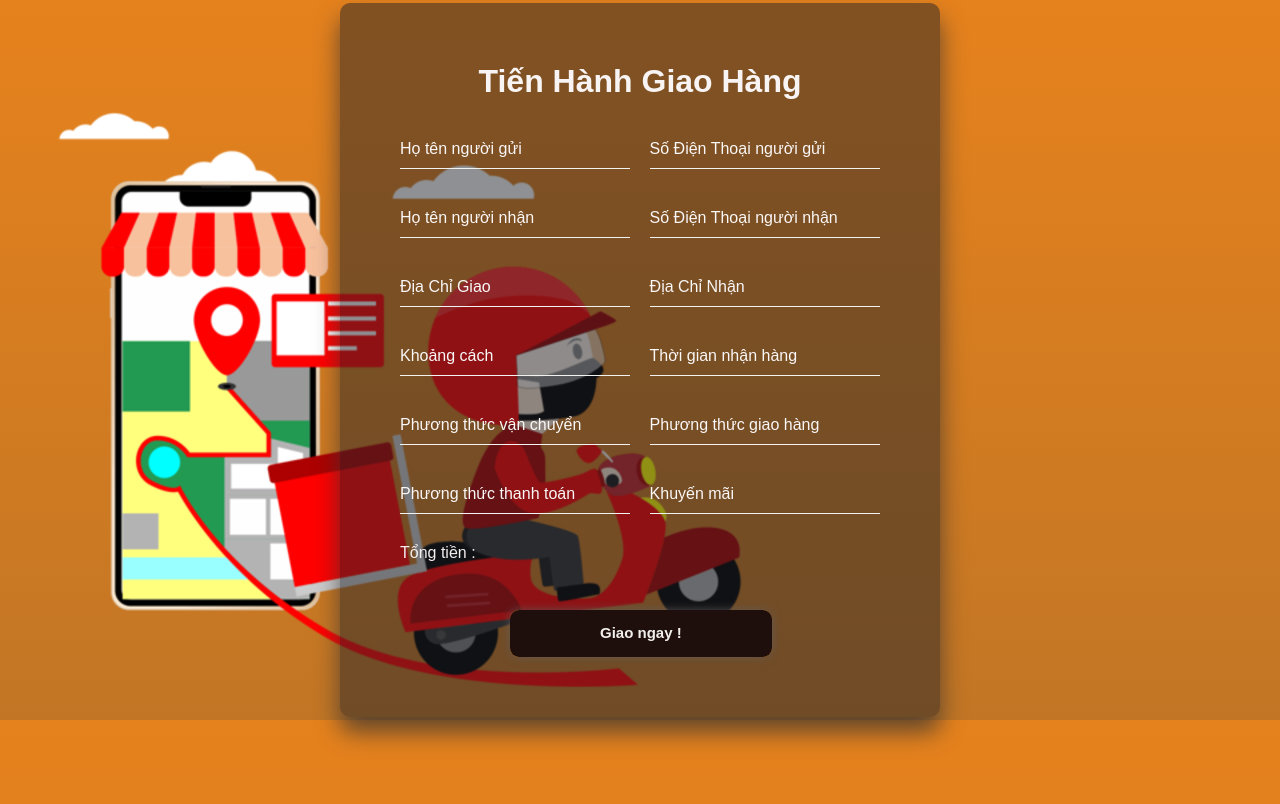
Repository: Pnguyen285/Demo
Page: Giao diện/index.html
The author's editor kept a copy of each file at every save. The page is drawn from the files as they stood at one save, then again after the next save.
The browser window is 1280 px wide. The pictures show the whole page.

Above is the page before, as saved 2023-07-30 11:59:03.

### Giao diện/index.html
<!DOCTYPE html>
<html lang="en">
<head>
  <meta charset="UTF-8">
  <meta name="viewport" content="width=device-width, initial-scale=1.0">
  <title>Document</title>
  <link rel="stylesheet" type="" href="style.css">
  <img src="delivery.png" alt="">
</head>
<body>
  <div class="login-box">
    <h1>Tiến Hành Giao Hàng</h1>
    <div>
      <div class="user-box1">
        <div class="user-box">
          <input type="text" name="" required="">
          <label>Họ tên người gửi</label>
        </div>
        <div class="user-box">
          <input type="text" name="" required="">
          <label>Số Điện Thoại người gửi</label>
        </div>
      </div>
      <div class="user-box1">
        <div class="user-box">
          <input type="text" name="" required="">
          <label>Họ tên người nhận</label>
        </div>
        <div class="user-box">
          <input type="text" name="" required="">
          <label>Số Điện Thoại người nhận</label>
        </div>
      </div>
      <div class="user-box1">
        <div class="user-box">
          <input type="text" name="" required="">
          <label>Địa Chỉ Giao</label>
        </div>
        <div class="user-box">
          <input type="text" name="" required="">
          <label>Địa Chỉ Nhận</label>
        </div>
      </div>
      <div class="user-box1">
        <div class="user-box">
          <input type="text" name="" required="">
          <label>Khoảng cách</label>
        </div>
        <div class="user-box">
          <input type="text" name="" required="">
          <label>Thời gian nhận hàng</label>
        </div>
      </div>
      <div class="user-box1">
        <div class="user-box">
          <input type="number" name="" required="">
          <label>Phương thức vận chuyển</label>
        </div>
        <div class="user-box">
          <input type="number" name="" required="">
          <label>Phương thức giao hàng</label>
        </div>
      </div>
      <div class="user-box1">
        <div class="user-box">
          <input type="number" name="" required="">
          <label>Phương thức thanh toán</label>
        </div>
        <div class="user-box">
          <input type="text" name="" required="">
          <label>Khuyến mãi</label>
        </div>
      </div>
      <div class="totals">
          <label>Tổng tiền :</label>
      </div>
      <br>
      <button>
        <span class="transition"></span>
        <span class="gradient"></span>
        <span class="label">Giao ngay !</span>
      </button>
    </form>
  </div>
</body>
</html>

### Giao diện/style.css
html {
  height: 100%;
}
body {
  margin:0;
  padding:0;
  font-family: sans-serif;
  background: linear-gradient(#e6821d, #c27625);
}

.login-box {
  position: absolute;
  top: 50%;
  left: 50%;
  width: 600px;
  padding: 60px;
  transform: translate(-50%, -50%);
  background: rgba(33, 35, 40, 0.5);
  box-sizing: border-box;
  box-shadow: 0 15px 25px rgba(53, 50, 49, 0.742);
  border-radius: 10px;
  color:#fff
}

.login-box h1 {
  margin: 0 0 30px;
  padding: 0;
  color: #f8f4f4;
  text-align: center;
}

.login-box .user-box {
  position: relative;
  align-items: center;
  text-align: left;
}
.user-box{
  position: relative;
  display: inline-block;
  width: 48%;
  margin-right: 2%;

}
.login-box .user-box input {
  width: 100%;
  padding: 10px 0;
  font-size: 16px;
  color: #eae6e7;
  margin-bottom: 30px;
  border: none;
  border-bottom: 1px solid #f2f3f0;
  outline: none;
  background: transparent;
}
.login-box .user-box label {
  position: absolute;
  top:0;
  left: 0;
  padding: 10px 0;
  font-size: 16px;
  color: #faf7f7;
  pointer-events: none;
  transition: .5s;
}

.login-box .user-box input:focus ~ label,
.login-box .user-box input:valid ~ label {
  top: -20px;
  left: 0;
  color: #0c0b0a;
  font-size: 14px;

}

button {
  font-size: 15px;
  padding: 1em 6em;
  font-weight: 500;
  background: rgb(199, 108, 47);
  background: linear-gradient(90deg, rgba(196, 200, 203, 0.72), rgb(243, 142, 11) 0% 100%);
  color: #f1efec;
  font-weight: 900;
  border: none;
  position: relative;
  overflow: hidden;
  border-radius: 0.6em;
  box-shadow: 0 0 10px hsla(0, 2%, 37%, 0.8);
  transition: 0.2s;
  left: 110px;
}

.label {
  position: relative;
  top: -1px;
}

.transition {
  transition-timing-function: cubic-bezier(0.8, 0, 0.2, 1);
  transition-duration: 400ms;
  background: #1e0e0c;
  border-radius: 9999px;
  width: 20em;
  height: 11em;
  position: absolute;
  left: 50%;
  top: 50%;
  transform: translate(-50%, -50%);
}

button:hover .transition {
  width: 0;
  height: 0;
}

button:hover {
  transition: 0.2s;
  color: #110d0b;
}

button:active {
  transform: scale(0.97);
}
.user-box1:after {

  display: table;
  clear: both;
}
.user-box1 > div {
  float: left;
  width: 48%;
  margin-right: 4%;
}
.user-box1 > div:last-child {
  margin: 0;
}


.totals {
  margin: 0 0 30px;
  padding: 0;
  color: #f4efef;
  text-align: left;

}

After the next save:
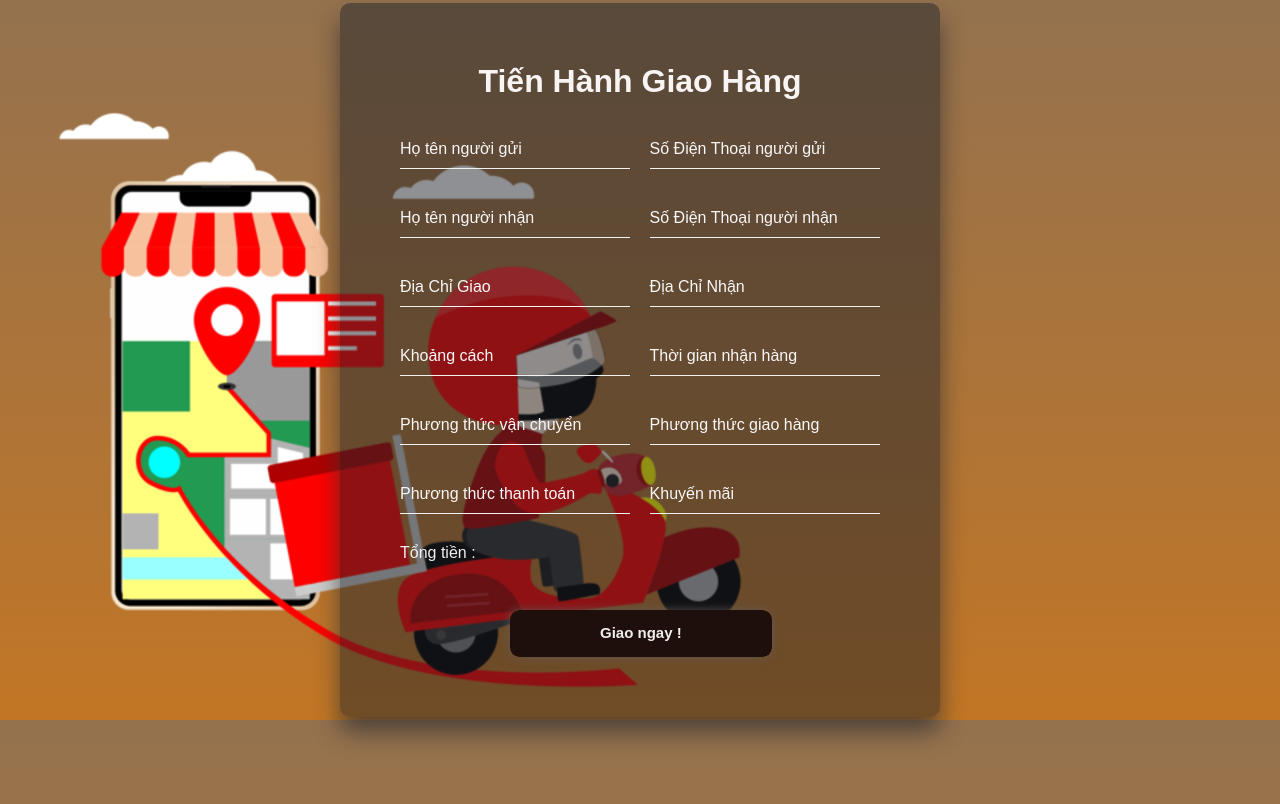
Saved 3 h 35 min later.
--- a/Giao diện/style.css
+++ b/Giao diện/style.css
@@ -5,7 +5,7 @@ body {
   margin:0;
   padding:0;
   font-family: sans-serif;
-  background: linear-gradient(#e6821d, #c27625);
+  background: linear-gradient(#94724f, #c27625);
 }
 
 .login-box {
